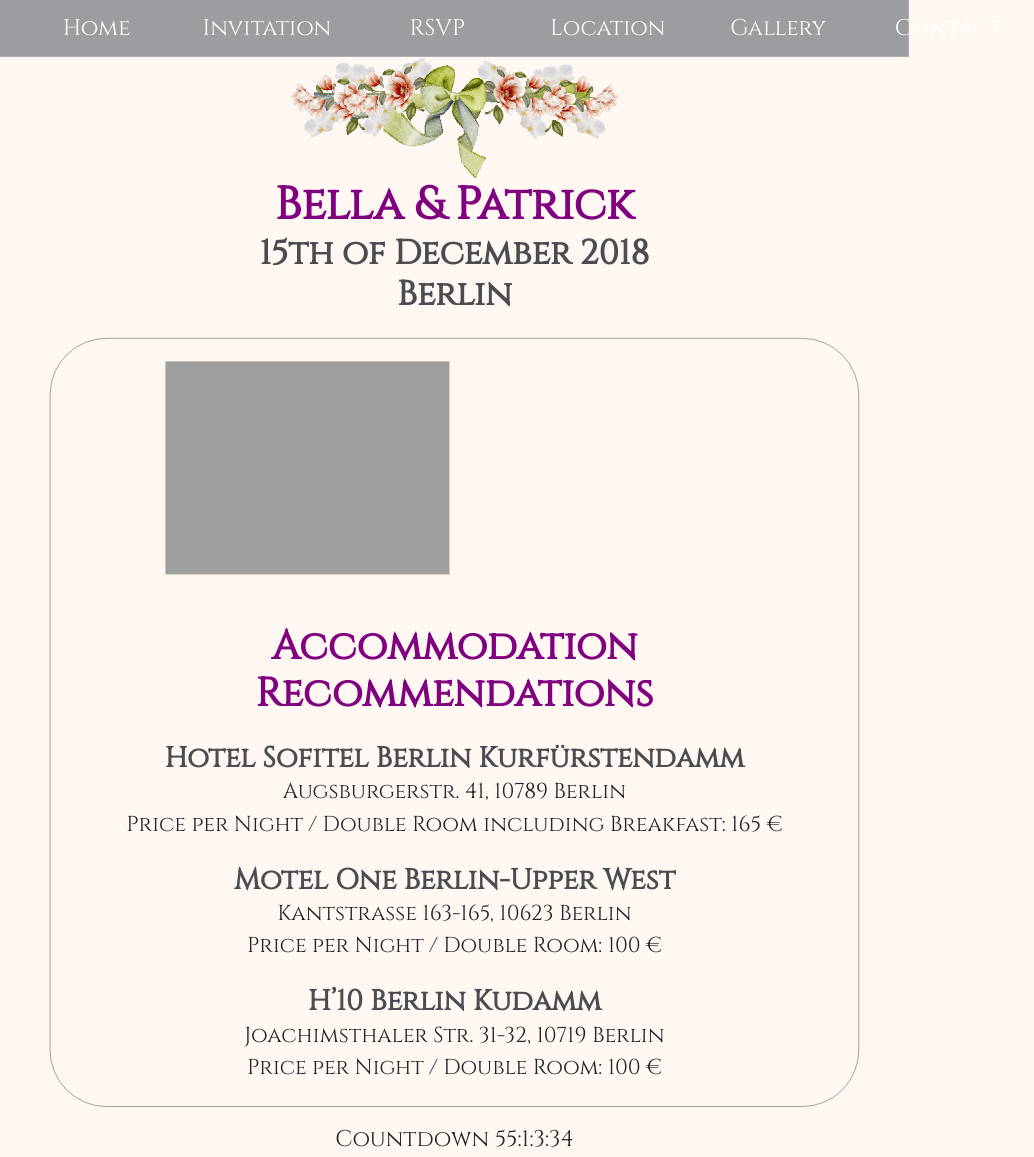
Repository: PMeiler/weddingApp
Page: http://localhost/location
The author's editor kept a record of every edit. The page is drawn from the files as they stood at one moment, then again after the next edit.
The browser window is 1280 px wide. The page is 1456 px wide, so the pictures cover 1456 px, including what lies to the right of the window. The pictures show the whole page, at 71% of full size.
Pictures or frames that could not be fetched are drawn as grey boxes. Some web fonts or font styles are not loaded; a fallback is used. The page is served by the project's Node server (index.js).

Above is the page before.

After the next edit:
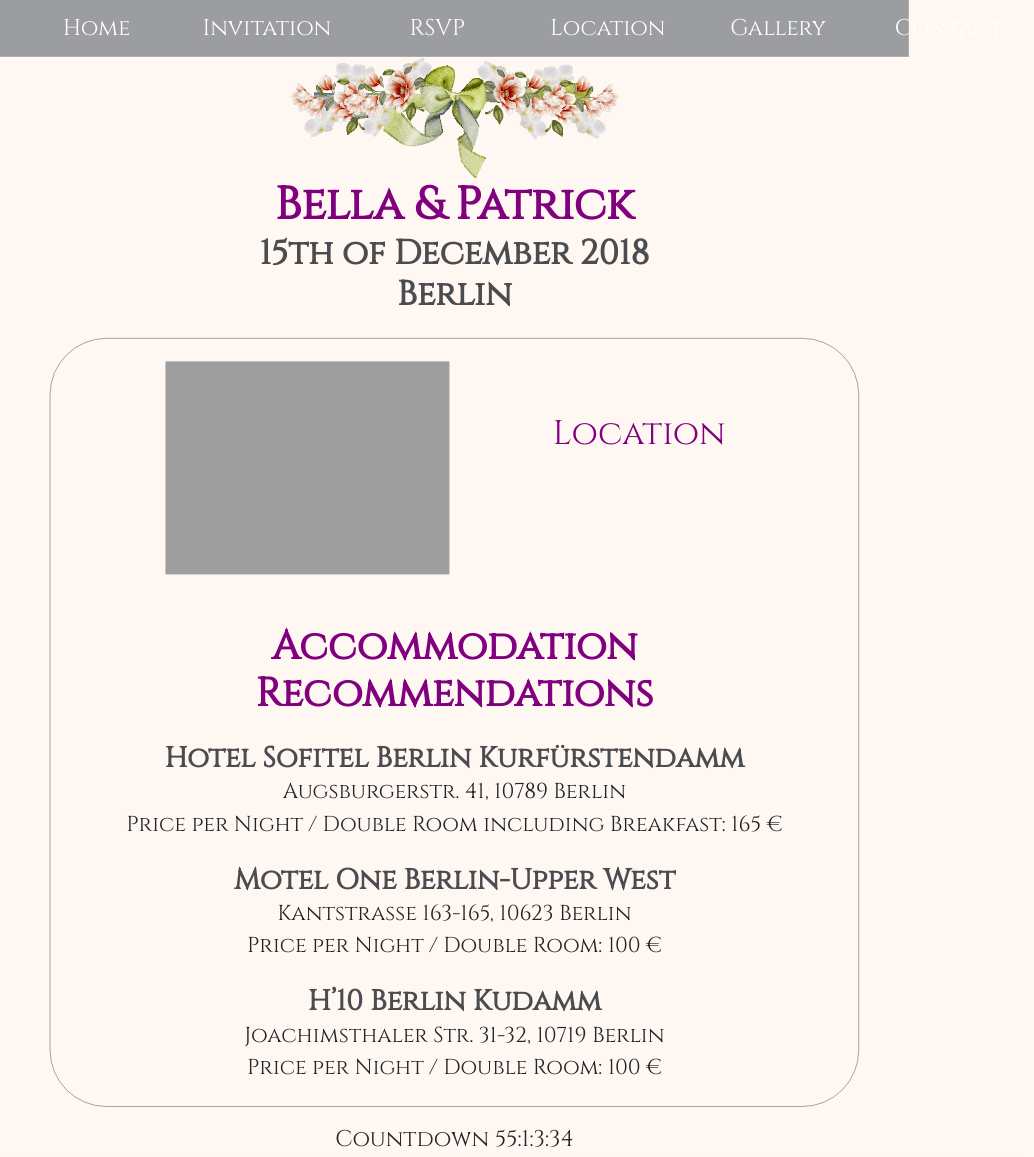
The edit:
--- a/views/public/location.ejs
+++ b/views/public/location.ejs
@@ -7,7 +7,7 @@
 			width="400" height="300" frameborder="0" style="border:0; margin:2rem 20%;" allowfullscreen></iframe>
 				</div>
 				<div class="col">
-
+					<p class="lead" id="textail" style="font-size:3rem;margin:20%;color:purple">Location</p>
 				</div>
 			</div>
 
